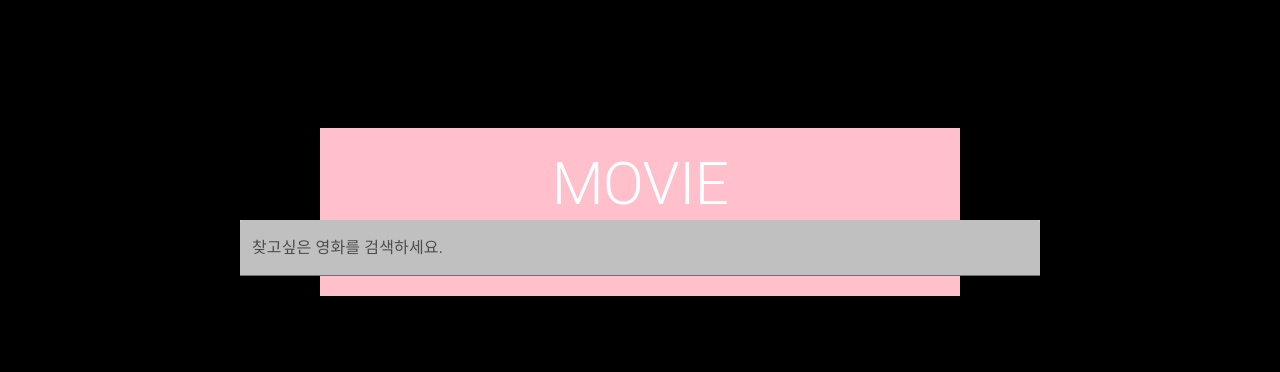
Repository: songjiwon17/movie
Page: /
The author's editor kept a copy of each file at every save. The page is drawn from the files as they stood at one save, then again after the next save.
The browser window is 1280 px wide. The pictures show the whole page.
The project was rebuilt for these pictures with package versions that can differ from the ones it lists, and the page was loaded fresh each time. Also part of the build but not shown: src/component/Login.js.

Above is the page before, as saved 2024-01-04 22:05:58.

### src/App.js
import { BrowserRouter, Route, Routes } from 'react-router-dom';
import './App.css';
import Home from './component/Home';
import Login from './component/Login';

function App() {
  return (
    <>
      <BrowserRouter>
        <Routes>
          <Route path='/' element={<Home/>}></Route>
          <Route path='login' element={<Login/>}></Route>
        </Routes>
      </BrowserRouter>
    </>
  );
}

export default App;

### src/App.css
@charset "UTF-8";

/* base */
* {
  padding: 0;
  margin: 0;
  box-sizing: border-box;
  font-family: "Noto Sans KR", "맑은 고딕", "Apple SD Gothic Neo", sans-serif;
  color: #fff;
  font-size: 16px;
}

li {
  list-style: none;
}

a {
  display: block;
  text-decoration: none;
}

img {
  display: block;
  border: none;
}

/* Home */
body{
  background-color: #000;
}

.home{
  display: flex; flex-direction: column; justify-content: center; align-items: center;
  width: 50%;
  padding: 20px; margin: 10% auto;
  background-color: pink;
}

### src/component/Home.js
import { getReviews } from '../../api';
import {Link} from 'react-router-dom';
import Header from "./Header";
import SearchForm from './SearchForm';
import { useState } from 'react';

function Home(){
    const [items, setItems] = useState([]);

    const handleLoadClick = async ()=>{
        const {reviews} = await getReviews();
        setItems({reviews})
    }
    return(
        <div className="home">
            <Link to='/'><Header/></Link>
            <SearchForm/>
        </div>
    )
}
export default Home;

### api.js
const BASE_URL = 'https://learn.codeit.kr/0633';

export async function getReviews({order = 'createAt', offset = 0, limit = 6}){
    const query = `order=${order}&offset=${offset}&limit=${limit}`
    const response = await fetch(`${BASE_URL}/film-reviews?${query}`)
    if (!response.ok){
        throw new Error('리뷰를 불러오는데 실패했습니다.');
    }
    const body = await response.json();
    return body;
}

### src/component/Header.js
import { Typography } from "@mui/material";

function Header(){
    return(
        <div>
            <Typography variant="h2" align="center">MOVIE</Typography>
        </div>
    )
}
export default Header;

### src/component/SearchForm.js
import TextField from '@mui/material/TextField';

function SearchForm(){
    return(
        <>
        <TextField
        style={{
            width: 800,
            background: '#ccc'

        }}
          id="filled-search"
          label="찾고싶은 영화를 검색하세요."
          type="search"
          variant="filled"
        />
        </>
    )
}
export default SearchForm;

Loaded but not shown: public/index.html (common file); src/index.js (common file); src/index.css (common file); src/reportWebVitals.js (common file)

After the next save:
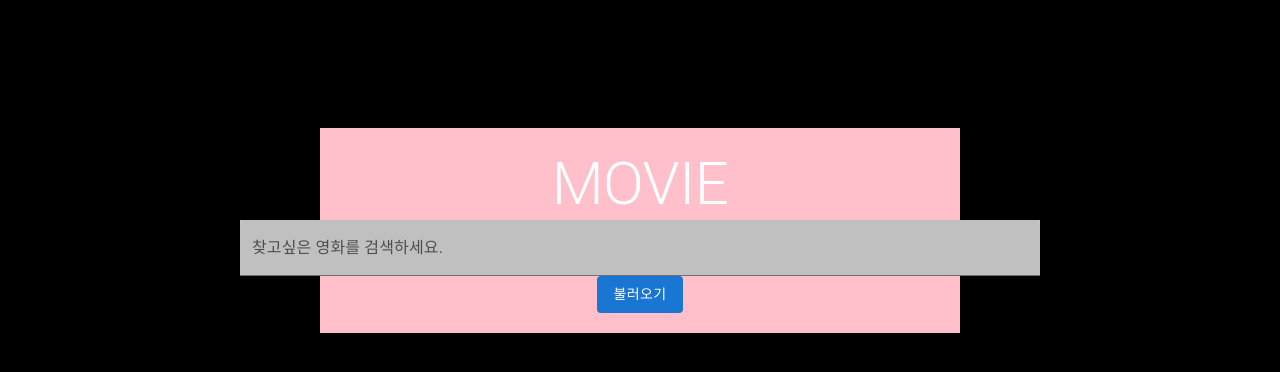
Saved 100 s later.
--- a/src/component/Home.js
+++ b/src/component/Home.js
@@ -3,6 +3,8 @@ import {Link} from 'react-router-dom';
 import Header from "./Header";
 import SearchForm from './SearchForm';
 import { useState } from 'react';
+import * as React from 'react';
+import Button from '@mui/material/Button';
 
 function Home(){
     const [items, setItems] = useState([]);
@@ -15,6 +17,7 @@ function Home(){
         <div className="home">
             <Link to='/'><Header/></Link>
             <SearchForm/>
+            <Button variant="contained" disableElevation>불러오기</Button>
         </div>
     )
 }
